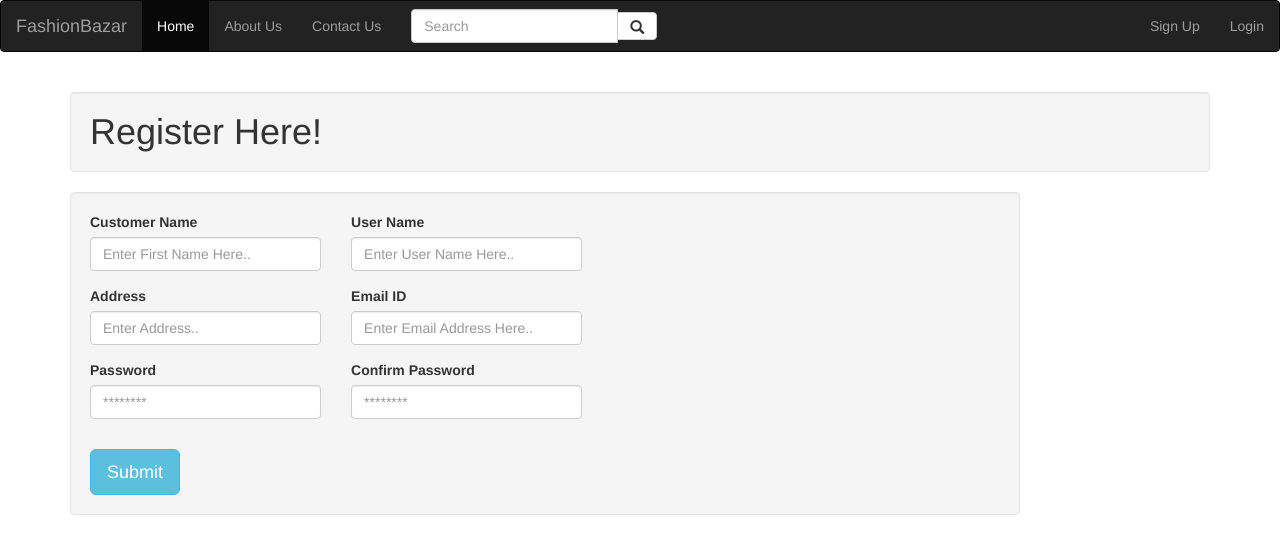
Repository: SmithaMendonca/Project-1
Page: http://localhost/FashionBazarFrontend/WEB-INF/views/Register.jsp
An editor plug-in stored every save of this project. The page is shown before and after a run of saves, followed by the edit.
The browser window is 1280 px wide. The pictures show the whole page.
The page is served by Tomcat 9. Nobody is signed in. Other server files are loaded and not shown. The template is opened directly, without the code that normally fills it, so the values that code supplies are empty.

Above is the page before, as saved 2019-06-05 16:42:05.

### FashionBazarFrontend/src/main/webapp/WEB-INF/views/Register.jsp
<%@include file="Header.jsp"%>
<div class="container">
    <h1 class="well">Register Here!</h1>
	<div class="col-lg-10 well">
	<div class="row">
				<form method="post" action="<c:url value="/registration"/>">
					<div class="col-sm-10">
						<div class="row">
							<div class="col-sm-4 form-group">
								<label>Customer Name</label>
								<input type="text" name="customerName" placeholder="Enter First Name Here.." class="form-control">
							</div>
							 <div class="col-sm-4 form-group">
								<label>User Name</label>
								<input type="text" name="userName" placeholder="Enter User Name Here.." class="form-control">
					    	</div>
						</div>

					   <div class="row">
						<div class="col-sm-4 form-group">
							<label>Address</label>
							<input type="text"  class="form-control" name="address" placeholder="Enter Address..">
						</div>
					    <div class="col-sm-4 form-group">
						<label>Email ID</label>
						<input type="text" name="email" placeholder="Enter Email Address Here.." class="form-control">
					   </div>
					   </div>

					 <div class="row">
					  <div class="col-sm-4 form-group">
						<label>Password</label>
						<input type="password"  class="form-control" name="password" placeholder="********" id="pass">
					  </div>
					<div class="col-sm-4 form-group">
						<label>Confirm Password</label>
						<input type="password"  class="form-control" name="confirm-password" placeholder="********" id="confirmpass">
					</div>
					 </div>

					<div class="form-group">
                        <input name="role" type="hidden" value="ROLE_USER"/>
                     </div>

                     <div class="form-group">
                          <input name="enabled" type="hidden" value="true"/>
                       </div>
					<button type="submit" class="btn btn-lg btn-info" onclick="return Validate()">Submit</button>
					</div>
				</form>
				</div>
	</div>
	</div>
	 <!-- Validating Password -->
<script type="text/javascript">

function Validate()
{

    var password = document.getElementById("pass").value;

    var confirmpass = document.getElementById("confirmpass").value;

    if (password != confirmpass)
     {

        alert("Password does Not Match.");
         return false;

     }
      return true;
}
</script>

</body>
</html>

### FashionBazarFrontend/src/main/webapp/WEB-INF/views/Header.jsp
<%@ page language="java" contentType="text/html"%>
<%@ taglib uri="http://java.sun.com/jsp/jstl/core" prefix="c"%>
<%@taglib prefix="form" uri="http://www.springframework.org/tags/form"%>
<html>
<head>
<title>Welcome to Fashion Bazar</title>
 <meta charset="utf-8">
 <meta name="viewport" content="width=device-width, initial-scale=1">
 <link rel="stylesheet" href="https://maxcdn.bootstrapcdn.com/bootstrap/3.4.0/css/bootstrap.min.css">
  <script src="https://ajax.googleapis.com/ajax/libs/jquery/3.4.0/jquery.min.js"></script>
  <script src="https://maxcdn.bootstrapcdn.com/bootstrap/3.4.0/js/bootstrap.min.js"></script>
</head>
<body>
	  <nav class="navbar navbar-inverse">
      <div class="container-fluid">
        <div class="navbar-header">
	         <a class="navbar-brand" href="#">FashionBazar</a>
        </div>
        <ul class="nav navbar-nav">
         <c:if test="${!sessionScope.loggedIn }">
	      <li class="active"><a href="index.jsp">Home</a></li>
          <li><a href="<c:url value="/aboutus"/>">About Us</a></li>
          <li><a href="<c:url value="/contactus"/>">Contact Us</a></li>
          <form class="navbar-form navbar-left">
  				<div class="input-group">
    			  <input type="text" class="form-control" placeholder="Search">
   				 	<div class="input-group-btn">
      				<button class="btn btn-default" type="submit">
        				<i class="glyphicon glyphicon-search"></i>
      				</button>
    				</div>
  				</div>
			</form>
         </c:if>

         <c:if test="${sessionScope.loggedIn }">
               <c:if test="${sessionScope.role=='ROLE_ADMIN' }">
	      <li><a href="<c:url value="/category"/>">Category Management</a></li>
          <li><a href="<c:url value="/product"/>">Product Management</a></li>
               </c:if>
         </c:if>

          <c:if test="${sessionScope.loggedIn }">
              <c:if test="${sessionScope.role=='ROLE_USER' }">
           <li><a href="<c:url value="/productPage"/>">Products</a></li>
          <li><a href="<c:url value="/showCart"/>">Cart</a></li>
              </c:if>
          </c:if>
       </ul>

       <ul class="nav navbar-nav navbar-right">
         <c:if test="${!sessionScope.loggedIn }">
	     	<li><a href="<c:url value="/register"/>"><span-class="glyphicon glyphicon-user"></span> Sign Up</a></li>
        	 <li><a href="<c:url value="/login"/>"><span-class="glyphicon glyphicon-log-in"></span> Login</a></li>
         </c:if>

         <c:if test="${sessionScope.loggedIn }">
            <li><a href="#"><span-class="glyphicon glyphicon-user"></span> ${sessionScope.username}</a></li>
            <li><a href="<c:url value="/perform_logout"/>"><span-class="glyphicon glyphicon-log-in"></span> Logout</a></li>
         </c:if>
       </ul>
     </div>
    </nav>
</body>
</html>

After the next 2 saves:
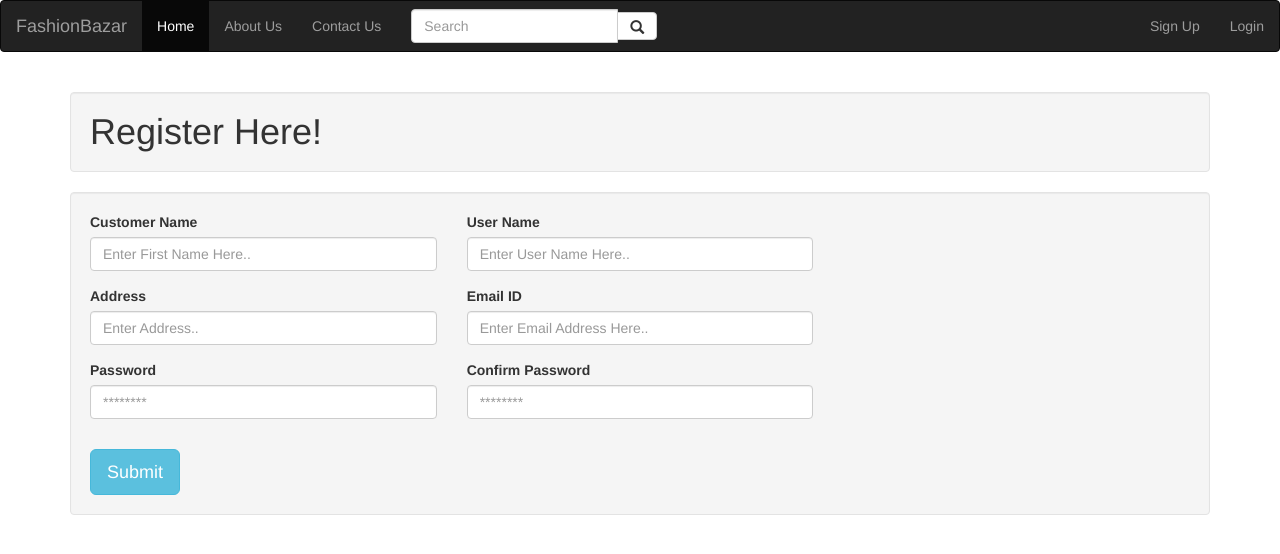
The 2 saves are shown as one change because they came seconds apart.
The last was saved 24 s later.
--- a/FashionBazarFrontend/src/main/webapp/WEB-INF/views/Register.jsp
+++ b/FashionBazarFrontend/src/main/webapp/WEB-INF/views/Register.jsp
@@ -1,10 +1,10 @@
 <%@include file="Header.jsp"%>
 <div class="container">
     <h1 class="well">Register Here!</h1>
-	<div class="col-lg-10 well">
+	<div class="col-lg-12 well">
 	<div class="row">
 				<form method="post" action="<c:url value="/registration"/>">
-					<div class="col-sm-10">
+					<div class="col-sm-12">
 						<div class="row">
 							<div class="col-sm-4 form-group">
 								<label>Customer Name</label>
